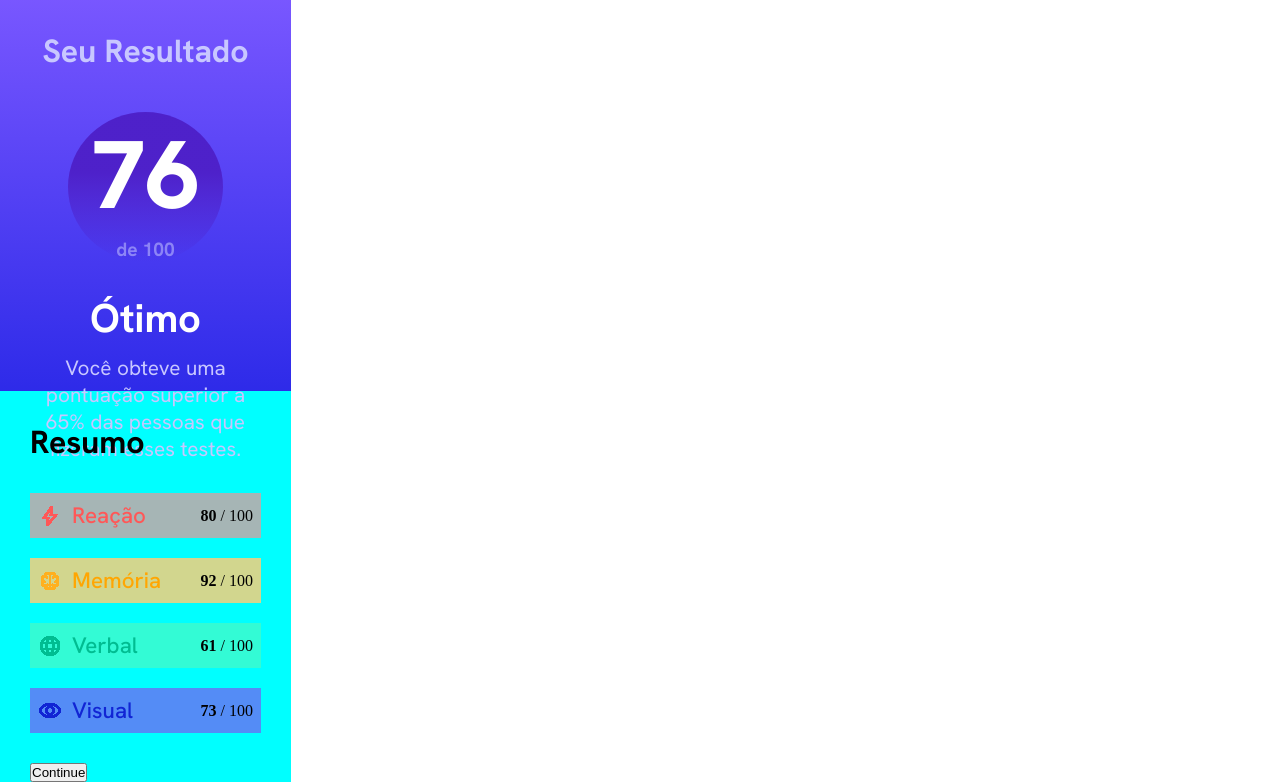
Repository: caique2512/resumo-de-resultados
Page: index.html
An editor plug-in stored every save of this project. The page is shown before and after a run of saves, followed by the edit.
The browser window is 1280 px wide. The pictures show the whole page.

Above is the page before, as saved 2026-03-13 17:20:24.

After the next 3 saves:
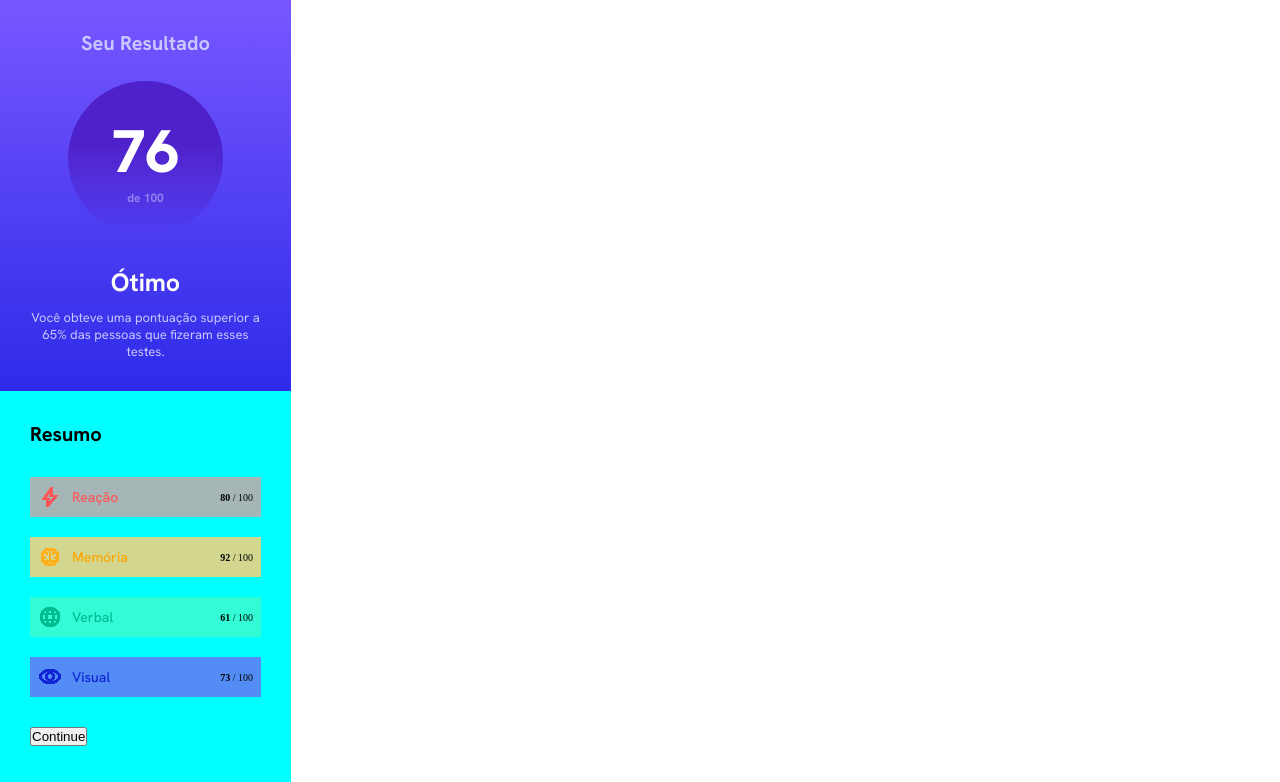
The 3 saves are shown as one change because they came seconds apart.
The last was saved 35 s later.
--- a/src/css/reset.css
+++ b/src/css/reset.css
@@ -1,7 +1,13 @@
-
+html {
+    font-size: 62.5%;
+}
 
 * {
     margin: 0;
     padding: 0;
     box-sizing: border-box;
 }
+
+img {
+    object-fit: cover;
+}
